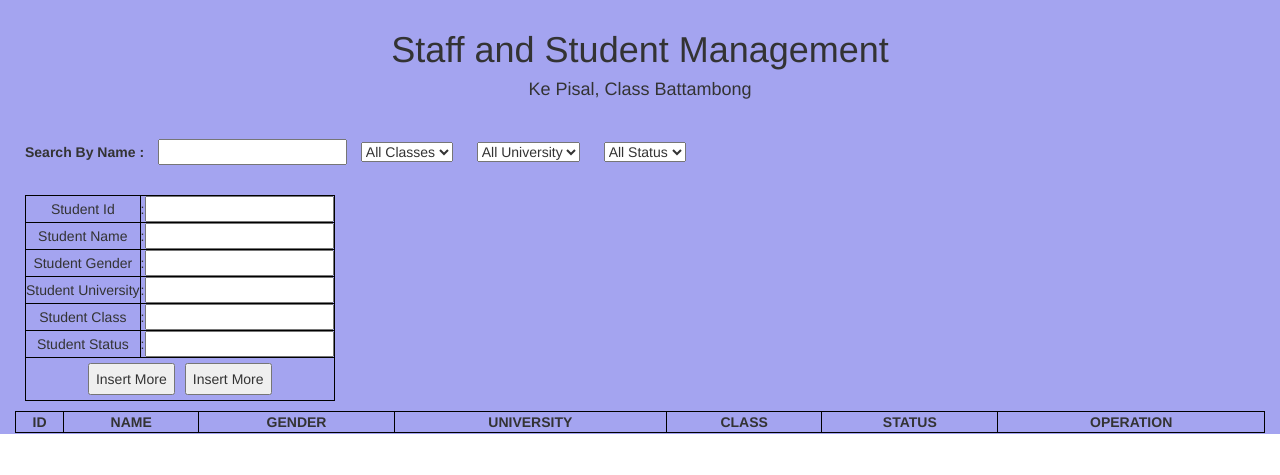
Repository: kepisal/ServletJAVA
Page: http://localhost/AjaxStaffandStudent/
These files come from the project's save history. The page is drawn as it stood at one moment and after the next save; the edit follows.
The browser window is 1280 px wide. The pictures show the whole page.
The page is served by Tomcat 9. Other server files are loaded and not shown. Queries for data that is not in the repository find no rows.

Above is the page before, as saved 2015-07-10 16:28:51.

### AjaxStaffandStudent/WebContent/index.jsp
<%@ page language="java" contentType="text/html; charset=ISO-8859-1"
	pageEncoding="ISO-8859-1"%>
<!DOCTYPE html>
<html>
<head>
<meta http-equiv="Content-Type" content="text/html; charset=ISO-8859-1">
<title>Staff and Student Management</title>
<link rel="stylesheet" type="text/css"
	href="bootstrap/css/bootstrap.css">
<!-- <link rel="stylesheet" type="text/css" href="css/style.css"> -->

<!-- <script
	src="http://ajax.googleapis.com/ajax/libs/jquery/1.11.3/jquery.min.js"></script> -->
<script type="text/javascript" src="js/jquery-min.js"></script>
<script type="text/javascript" src="bootstrap/js/bootstrap.js"></script>
<script type="text/javascript" src="bootstrap/js/bootstrap.min.js"></script>
<style type="text/css">
.maincontent {
	background-color: #A4A4F0;
}

#title {
	padding: 10px;
	width: 100%;
}

option {
	height: 23px;
}

table,th,td{
	border: 1px solid black;
	border-collapse: collapse;

}
#title, th,td {
	text-align: center;
}

img {
	width: 20px;
}

#classlist, #universitylist, #txtinput, #statuslist {
	display: inline-block;
	margin: 10px;
}

button {
	margin: 5px;
	height: 32px
}
</style>
</head>
<body>
	<div class="maincontent col-sm-12">
		<div id="sheader">
			<div id="title">
				<h1>Staff and Student Management</h1>
				<h4>Ke Pisal, Class Battambong</h4>
			</div>
			<div id="classlist">
				<label>Search By Name : </label> <input type=text id=txtinput /> <select
					id=classselected onclick="searchClass()">

				</select>
			</div>
			<div id="universitylist">
				<select id=unvselected onclick="searchUniversity()">

				</select>
			</div>
			<div id="statuslist">
				<select id=statusselected onclick="searchStatus()">
					<option value=''>All Status</option>
					<option value=1>Active</option>
					<option value=0>Deactive</option>
				</select>
			</div>
		</div>
		<div id="sform">
			<table class="stuform" style="margin:10px;border:2px;">
				<tr><td>Student Id</td><td>:<input/></td></tr>
				<tr><td>Student Name</td><td>:<input/></td></tr>
				<tr><td>Student Gender</td><td>:<input/></td></tr>
				<tr><td>Student University</td><td>:<input/></td></tr>
				<tr><td>Student Class</td><td>:<input/></td></tr>
				<tr><td>Student Status</td><td>:<input/></td></tr>
				<tr><td colspan="2"><button id="btnadd btn btn-success" onclick="add()">Insert
				More</button><button id="btnadd btn btn-success" onclick="add()">Insert
				More</button></td></tr>
			</table>
		</div>
		<div id="sbody">
			<table class="mytb col-sm-12">
				<thead>
					<tr>
						<th>ID</th>
						<th>NAME</th>
						<th>GENDER</th>
						<th>UNIVERSITY</th>
						<th>CLASS</th>
						<th>STATUS</th>
						<th>OPERATION</th>
					</tr>
				</thead>
				<tbody id="tblist">
				</tbody>
			</table>
			<div id="sdetails">
				<!-- <i><h2>-------------Information Detail------------</h2></i> <label>ID
				:</label>
			<h3 id="stuid"></h3>
			<label>NAME :</label>
			<h3 id="stuname"></h3>
			<label>GENDER :</label>
			<h3 id="stugender"></h3>
			<label>UINVERSITY :</label>
			<h3 id="stuuniversity"></h3>
			<label>CLASS :</label>
			<h3 id="stuclass"></h3>
			<label>STATUS :</label>
			<h3 id="stustatus">ss</h3>
			<i><h2>-------------Information Detail------------</h2></i> -->
			</div>
		</div>
		<div class="col-sm-3"></div>
	</div>
	<script type="text/javascript" src="js/script.js"></script>
</body>
</html>

### AjaxStaffandStudent/WebContent/js/script.js
$(document).ready(function() {
	lists(); // list all objects in table
	droplist(); // list all objects in dropdownlist(class, university)
	$("#txtinput").keyup(function() {
		searchName($("#txtinput").val()); // action keyup on textbox
	});
});
/*
 * @param : data is JSon generate <option> value </option> for dropdownlist
 * class
 */
function classlist(data) {
	var str = "";
	str += "<option value=''>All Classes</option>;";
	for (var i = 0; i < data.length; i++) {
		str += "<option value=" + data[i].classes + ">" + data[i].classes;
	}
	str += "</option>";
	return str;
}
/*
 * @param : data is JSon generate <option> value </option> for dropdownlist
 * university
 */
function unvlist(data) {
	var str = "";
	str += "<option value=''>All University</option>;";
	for (var i = 0; i < data.length; i++) {
		str += "<option value=" + data[i].unversity + ">" + data[i].unversity;
	}
	str += "</optiont>";
	return str;
}

/*
 * get data from url and put into function with param
 */
function droplist() {
	$.post("classlist.hrd", function(data) {
		$("#classselected").html(classlist(data));
	});
	$.post("universitylist.hrd", function(data) {
		$("#unvselected").html(unvlist(data));
	});
}
/*
 * generate rows inside table list
 */
function lists() {
	$.post("listobject.hrd", function(data) {
		$("#tblist").html(listobjectdetails(data));
	});

}
/*
 * create tag <tr><td> value </td></tr> follow data
 */
function listobjectdetails(data) {
	var str = "";
	for (var i = 0; i < data.length; i++) {

		str += "<tr>" + "<td id=studid" + i + ">" + data[i].stuid + "</td>"
				+ "<td>" + data[i].stuname + "</td>" + "<td>"
				+ checkGender(data[i].gender) + "</td>" + "<td>"
				+ data[i].unversity + "</td>" + "<td>" + data[i].classes
				+ "</td>" + "<td>" + checkStatus(data[i].status, i) + "</td>"
				+ "<td><button class=btnEdit" + i + " onclick=editFun(" + i
				+ ")>Edit</button><button class=btnRemove" + i
				+ " onclick=removeFun(" + i
				+ ")>Remove</button><button  class=btnView" + i
				+ " onclick=viewFun(" + i + ")>View</button></td>" + "</tr>";
	}

	str += "</table>";

	return str;
}
/*
 * create form for edit and insertion
 */
function myform() {
	var str = "";
}

/*
 * change value 0,1 to male and female
 */
function checkGender(data) {
	var gender;
	if (data == 0) {
		gender = "Male";
	} else {
		gender = "Female";
	}
	return gender;
}
/*
 * change value 0,1 to image 0.png and 1.png
 */
function checkStatus(data, i) {
	var img;
	if (data == 0) {
		img = "<a href=#><img src=img/0.png id=mydata" + i
				+ " onclick=updateStatus(" + i + "," + data + ")></a>";
	} else {
		img = "<a href=#><img src=img/1.png id=mydata" + i
				+ " onclick=updateStatus(" + i + "," + data + ")></a>";
	}
	return img;
}
/*
 * @param : id, value id -> id of each students value -> value of status update
 * status
 */
function updateStatus(id, value) {
	var stuid = $("#studid" + id).text();
	var active;
	if (value == 0) {
		active = 1;
	} else {
		active = 0;
	}
	$.post("editobject.hrd", {
		stu_id : stuid,
		stu_status : active
	}, function(data) {
		lists();
	});
}
/*
 * search by name()
 */
function searchName() {
	var stuname = $('#txtinput').val();
	var stuclass = $('#classselected option:selected').val();
	var stuuniver = $('#unvselected option:selected').val();
	var stustatus = $('#statusselected option:selected').val();
	if (stuname == '') {
		lists();
	}
	$.post("searchobject.hrd", {
		stu_name : stuname,
		stu_class : stuclass,
		stu_university : stuuniver,
		stu_status : stustatus
	}, function(data) {
		$("#tblist").html(listobjectdetails(data));
	});
}
/*
 * search by class()
 */
function searchClass() {
	var stuname = $('#txtinput').val();
	var stuclass = $('#classselected option:selected').val();
	var stuuniver = $('#unvselected option:selected').val();
	var stustatus = $('#statusselected option:selected').val();
	$.post("searchobject.hrd", {
		stu_name : stuname,
		stu_class : stuclass,
		stu_university : stuuniver,
		stu_status : stustatus
	}, function(data) {
		$("#tblist").html(listobjectdetails(data));
	});
}
/*
 * search by university()
 */
function searchUniversity() {
	var stuname = $('#txtinput').val();
	var stuclass = $('#classselected option:selected').val();
	var stuuniver = $('#unvselected option:selected').val();
	var stustatus = $('#statusselected option:selected').val();
	$.post("searchobject.hrd", {
		stu_name : stuname,
		stu_class : stuclass,
		stu_university : stuuniver,
		stu_status : stustatus
	}, function(data) {
		$("#tblist").html(listobjectdetails(data));
	});
}
/*
 * search by status()
 */
function searchStatus() {
	var stuname = $('#txtinput').val();
	var stuclass = $('#classselected option:selected').val();
	var stuuniver = $('#unvselected option:selected').val();
	var stustatus = $('#statusselected option:selected').val();
	$.post("searchobject.hrd", {
		stu_name : stuname,
		stu_class : stuclass,
		stu_university : stuuniver,
		stu_status : stustatus
	}, function(data) {
		$("#tblist").html(listobjectdetails(data));
	});
}
/*
 * Add Function
 */
function add() {
	$("#sbody").load("pages/addForm.html"); // load file from article
}

function editFun(i) {
	alert("This is Edit" + $("#studid" + i).text());
}
function removeFun(i) {
	var stuid = $("#studid" + i).text();
	$.post("deleteobject.hrd", {
		stu_id : stuid
	}, function(data) {
		lists();
	});
}
function viewFun(i) {
	var stuid = $("#studid" + i).text();
	$.post("viewobject.hrd", {
		stu_id : stuid
	}, function(data) {
		$("#sbody").load("pages/viewdetails.html");
	});
}

### AjaxStaffandStudent/src/Controller/Front_Controller.java
package Controller;
import java.io.IOException;

import javax.servlet.RequestDispatcher;
import javax.servlet.ServletException;
import javax.servlet.annotation.WebServlet;
import javax.servlet.http.HttpServlet;
import javax.servlet.http.HttpServletRequest;
import javax.servlet.http.HttpServletResponse;

import Model.ObjectDAO;

@WebServlet("*.hrd")
public class Front_Controller extends HttpServlet {
	private static final long serialVersionUID = 1L;

	public Front_Controller() {
		super();
	}

	protected void doGet(HttpServletRequest request, HttpServletResponse response) throws ServletException, IOException {
		doProcess(request, response);
	}

	protected void doPost(HttpServletRequest request, HttpServletResponse response) throws ServletException, IOException {
		doProcess(request, response);
	}

	protected void doProcess(HttpServletRequest request, HttpServletResponse response) throws ServletException, IOException {
		String RequestURI = request.getRequestURI();

		System.out.println(RequestURI);
		String contextPath = request.getContextPath();
		System.out.println(contextPath);
		String command = RequestURI.substring(contextPath.length());
		ActionForward forward = null;
		Action action = null;

		System.out.println(command);

		switch(command){
			case "/listobject.hrd":
				action = new ListObject();
				try {
					forward = action.execute(request, response);
					System.out.println(forward);
				} catch (Exception e) {
					e.printStackTrace();
				}
				break;
			case "/classlist.hrd":
				action = new classList();
				try {
					forward = action.execute(request, response);
					System.out.println(forward);
				} catch (Exception e) {
					e.printStackTrace();
				}
				break;
			case "/universitylist.hrd":
				action = new universityList();
				try {
					forward = action.execute(request, response);
					System.out.println(forward);
				} catch (Exception e) {
					e.printStackTrace();
				}
				break;
			case "/editobject.hrd":
				action = new EditObject();
				try {
					forward = action.execute(request, response);
				} catch (Exception e) {
					e.printStackTrace();
				}
				break;
			case "/searchobject.hrd":
				action = new Search();
				try {
					forward = action.execute(request, response);
				} catch (Exception e) {
					e.printStackTrace();
				}
				break;
			case "/viewobject.hrd":
				action = new ViewObject();
				try {
					forward = action.execute(request, response);
				} catch (Exception e) {
					e.printStackTrace();
				}
				break;
			case "/deleteobject.hrd":
				action = new DeleteObject();
				try {
					forward = action.execute(request, response);
				} catch (Exception e) {
					e.printStackTrace();
				}
				break;
			default :
				forward = new ActionForward();
				forward.setPath("404.jsp");
				forward.setRedirect(false);
				break;


		}

		if (forward != null) {
			if (forward.isRedirect()) {
				response.sendRedirect(forward.getPath());
			} else {
				RequestDispatcher dispatcher = request
						.getRequestDispatcher(forward.getPath());
				dispatcher.forward(request, response);
			}

		}

	}
}

### AjaxStaffandStudent/src/Controller/ListObject.java
package Controller;

import java.util.ArrayList;

import javax.servlet.http.HttpServletRequest;
import javax.servlet.http.HttpServletResponse;

import com.google.gson.Gson;

import Controller.Action;
import Controller.ActionForward;
import Model.ObjectDAO;
import Model.ObjectDTO;

public class ListObject implements Action {

	@Override
	public ActionForward execute(HttpServletRequest request,
			HttpServletResponse response) throws Exception {

		ObjectDAO dao = new ObjectDAO();
		ArrayList<ObjectDTO> objectlist = dao.list();

		response.setContentType("application/json");
		response.setCharacterEncoding("UTF-8");
		String obj= new Gson().toJson(objectlist);

		response.getWriter().write(obj);


		return null;
	}

}

### AjaxStaffandStudent/src/Model/ObjectDAO.java
package Model;

import java.beans.Statement;
import java.sql.Connection;
import java.sql.DriverManager;
import java.sql.PreparedStatement;
import java.sql.ResultSet;
import java.sql.SQLException;
import java.util.ArrayList;
import java.sql.*;

import javax.naming.InitialContext;
import javax.sql.DataSource;

public class ObjectDAO {
	static Connection cn;

	/*
	 * list all of elements in database return Arraylist objects
	 */
	public ArrayList<ObjectDTO> list() throws SQLException,
			ClassNotFoundException {

		String sql = "select * from hrd_students";
		java.sql.Statement stm = cn.createStatement();
		ResultSet rs = stm.executeQuery(sql);
		ArrayList<ObjectDTO> objectdto = new ArrayList<ObjectDTO>();
		try {
			while (rs.next()) {
				objectdto.add(new ObjectDTO(rs.getString("stu_id"), rs
						.getString("stu_name"), rs.getInt("stu_gender"), rs
						.getString("stu_university"),
						rs.getString("stu_class"), rs.getInt("stu_status")));
			}

		} catch (Exception e) {
			e.printStackTrace();
		}
		return objectdto;
	}

	/*
	 * @param : id and status function update status 0 to 1 and 1 to 0 follow id
	 * return true/false for success or faild
	 */
	public boolean update(String id, int status) throws SQLException {
		try (PreparedStatement pstm = cn
				.prepareStatement("update hrd_students set stu_status=? where stu_id=?");) {

			pstm.setString(1, String.valueOf(status));
			pstm.setString(2, id);
			return pstm.execute();
		} catch (Exception e) {
			e.printStackTrace();
		}
		return false;
	}

	/*
	 * distinct the class value return Arraylist objects (0,1)
	 */
	public ArrayList<ObjectDTO> classList() throws SQLException {
		String sql = "SELECT distinct stu_class FROM hrd_students";
		java.sql.Statement stm = cn.createStatement();
		ResultSet rs = stm.executeQuery(sql);
		ArrayList<ObjectDTO> objectdto = new ArrayList<ObjectDTO>();
		try {
			while (rs.next()) {
				objectdto.add(new ObjectDTO("", "", 0, "", rs
						.getString("stu_class"), 0));
			}
		} catch (Exception e) {
			e.printStackTrace();
		}
		return objectdto;
	}

	/*
	 * distinct the university value return Arraylist objects (0,1)
	 */
	public ArrayList<ObjectDTO> universityList() throws SQLException {
		String sql = "select distinct stu_university from hrd_students";
		java.sql.Statement stm = cn.createStatement();
		ResultSet rs = stm.executeQuery(sql);
		ArrayList<ObjectDTO> objectdto = new ArrayList<ObjectDTO>();
		try {
			while (rs.next()) {
				objectdto.add(new ObjectDTO("", "", 0, rs
						.getString("stu_university"), "", 0));
			}
		} catch (Exception e) {
			e.printStackTrace();
		}
		return objectdto;
	}

	/*
	 * Search all of content by name, class, university and status return as
	 * ArrayList objects
	 */
	public ArrayList<ObjectDTO> search(String name, String classes,
			String university, String status) throws SQLException {
		PreparedStatement ps = cn
				.prepareStatement("select * from hrd_students where stu_university LIKE ? and stu_class LIKE ? and stu_status LIKE ? and stu_name like ?");
		ps.setString(1, university + "%");
		ps.setString(2, classes + "%");
		ps.setString(3, status + "%");
		ps.setString(4, "%" + name + "%");
		ResultSet rs = ps.executeQuery();
		ArrayList<ObjectDTO> alist = new ArrayList<ObjectDTO>();
		while (rs.next()) {
			alist.add(new ObjectDTO(rs.getString("stu_id"), rs
					.getString("stu_name"), rs.getInt("stu_gender"), rs
					.getString("stu_university"), rs.getString("stu_class"), rs
					.getInt("stu_status")));
		}
		return alist;
	}

	public ObjectDTO viewObject(String id) throws SQLException {
		String sql = "select * from hrd_students where stu_id=?";
		PreparedStatement pstm = cn.prepareStatement(sql);
		pstm.setString(1, id);
		ResultSet rs = pstm.executeQuery();
		ObjectDTO objectdto = new ObjectDTO();
		try {
			if (rs.next()) {
				objectdto = new ObjectDTO(rs.getString("stu_id"),
						rs.getString("stu_name"), rs.getInt("stu_gender"),
						rs.getString("stu_university"),
						rs.getString("stu_class"), rs.getInt("stu_status"));
			}

		} catch (Exception e) {
			e.printStackTrace();
		}
		return objectdto;
	}

	public boolean DeleteObject(String id) throws SQLException {
		String sql = "delete from hrd_students where stu_id=?";
		PreparedStatement pstm = cn.prepareStatement(sql);
		pstm.setString(1, id);
		return pstm.execute();
	}

	/********************** Here is Connection Database *********************************/
	static {
		try {
			Class.forName("com.mysql.jdbc.Driver");
			cn = DriverManager.getConnection(
					"jdbc:mysql://localhost:3306/ssdbmanage", "admin", "admin");
		} catch (Exception e) {
			// TODO Auto-generated catch block
			e.printStackTrace();
		}
	}
	/**********************
	 * Here is Connection Database
	 *
	 * @throws SQLException
	 *********************************/

}

### AjaxStaffandStudent/src/Controller/classList.java
package Controller;

import java.util.ArrayList;

import javax.servlet.http.HttpServletRequest;
import javax.servlet.http.HttpServletResponse;

import Model.ObjectDAO;
import Model.ObjectDTO;

import com.google.gson.Gson;

public class classList implements Action {

	public ActionForward execute(HttpServletRequest request,
			HttpServletResponse response) throws Exception {

		ObjectDAO dao = new ObjectDAO();
		ArrayList<ObjectDTO> objectlist = dao.classList();

		response.setContentType("application/json");
		response.setCharacterEncoding("UTF-8");
		String obj= new Gson().toJson(objectlist);

		response.getWriter().write(obj);
		return null;
	}

}

### AjaxStaffandStudent/src/Controller/universityList.java
package Controller;

import java.util.ArrayList;

import javax.servlet.http.HttpServletRequest;
import javax.servlet.http.HttpServletResponse;

import Model.ObjectDAO;
import Model.ObjectDTO;

import com.google.gson.Gson;

public class universityList implements Action {
	public ActionForward execute(HttpServletRequest request,
			HttpServletResponse response) throws Exception {

		ObjectDAO dao = new ObjectDAO();
		ArrayList<ObjectDTO> objectlist = dao.universityList();

		response.setContentType("application/json");
		response.setCharacterEncoding("UTF-8");
		String obj= new Gson().toJson(objectlist);

		response.getWriter().write(obj);
		return null;
	}
}

Loaded but not shown: AjaxStaffandStudent/WebContent/bootstrap/css/bootstrap.css (library); AjaxStaffandStudent/WebContent/js/jquery-min.js (library); AjaxStaffandStudent/WebContent/bootstrap/js/bootstrap.js (library); AjaxStaffandStudent/WebContent/bootstrap/js/bootstrap.min.js (library)

After the next save:
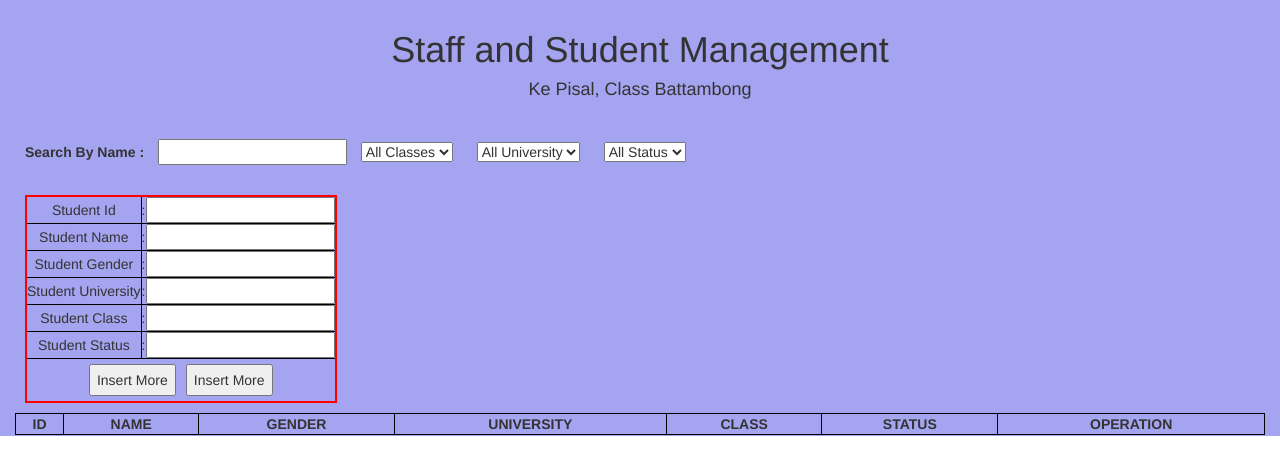
Saved 13 s later.
--- a/AjaxStaffandStudent/WebContent/index.jsp
+++ b/AjaxStaffandStudent/WebContent/index.jsp
@@ -79,7 +79,7 @@
 			</div>
 		</div>
 		<div id="sform">
-			<table class="stuform" style="margin:10px;border:2px;">
+			<table class="stuform" style="margin:10px;border:2px solid red;">
 				<tr><td>Student Id</td><td>:<input/></td></tr>
 				<tr><td>Student Name</td><td>:<input/></td></tr>
 				<tr><td>Student Gender</td><td>:<input/></td></tr>

After the save that followed:
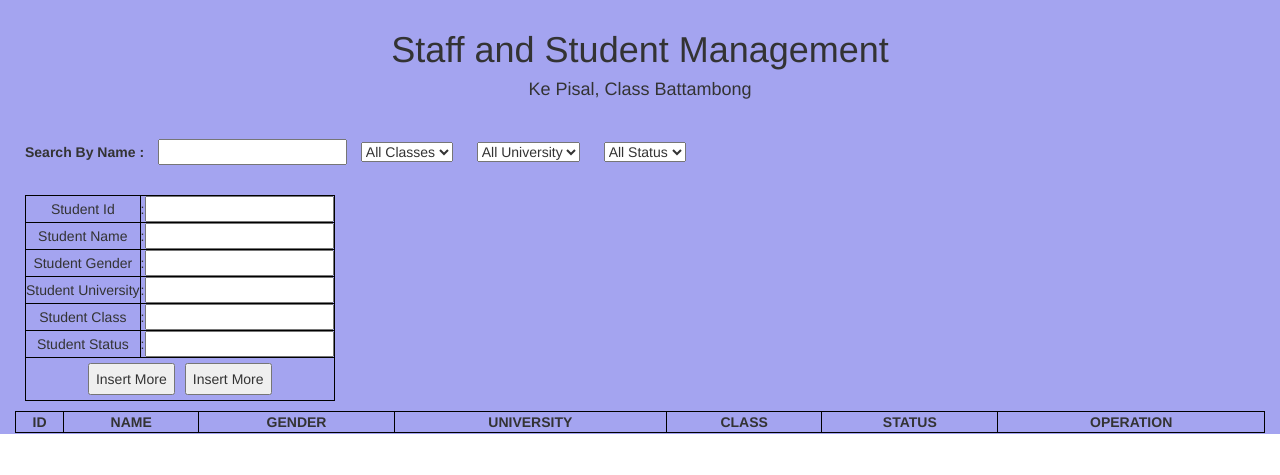
Saved 12 s later.
--- a/AjaxStaffandStudent/WebContent/index.jsp
+++ b/AjaxStaffandStudent/WebContent/index.jsp
@@ -79,7 +79,7 @@
 			</div>
 		</div>
 		<div id="sform">
-			<table class="stuform" style="margin:10px;border:2px solid red;">
+			<table class="stuform" style="margin:10px;border:0px solid red;">
 				<tr><td>Student Id</td><td>:<input/></td></tr>
 				<tr><td>Student Name</td><td>:<input/></td></tr>
 				<tr><td>Student Gender</td><td>:<input/></td></tr>
